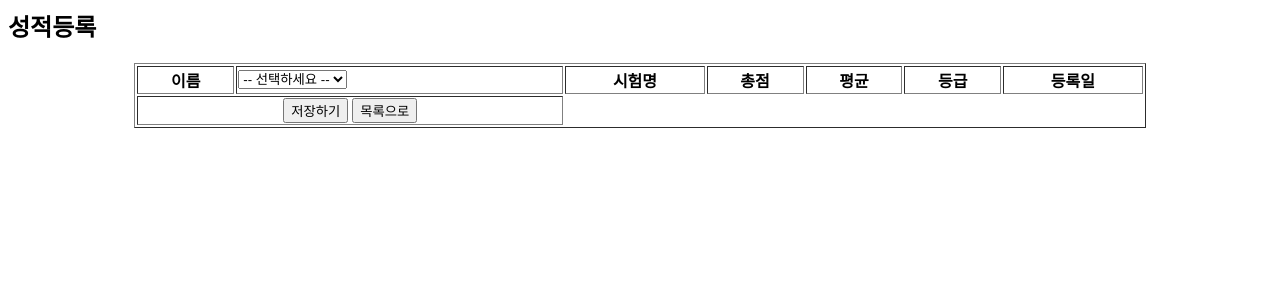
Repository: Mildous/HKIT-BackendClass
Page: http://localhost/jspTest/haksaSungjuk/delete_sub.jsp
These files come from the project's save history. The page is drawn as it stood at one moment and after the next save; the edit follows.
The browser window is 1280 px wide. The pictures show the whole page.
The page is served by Tomcat 9. Other server files are loaded and not shown. Queries for data that is not in the repository find no rows.

Above is the page before, as saved 2022-08-17 05:00:10.

### workspace/jsp/jspTest/WebContent/haksaSungjuk/delete_sub.jsp
<%@page import="haksaMember.model.dto.HaksaMemberDTO"%>
<%@page import="haksaMember.model.dao.HaksaMemberDAO"%>
<%@page import="haksaSungjuk.model.dto.HaksaSungjukDTO"%>
<%@page import="haksaSungjuk.model.dao.HaksaSungjukDAO"%>
<%@page import="java.util.ArrayList"%>
<%@ page language="java" contentType="text/html; charset=UTF-8"
    pageEncoding="UTF-8"%>

<h2>성적등록</h2>

<form name="DirForm">
<table border="1" width="80%" align="center">
	<tr>
		<th>이름</th>
		<td>
			<%
				HaksaMemberDAO memberDao = new HaksaMemberDAO();
				ArrayList<HaksaMemberDTO> mList = memberDao.getSelectAll();
			%>
			<select name="hakbun">
				<option value="" selected>-- 선택하세요 --</option>
				<%
					for(int i=0; i<mList.size(); i++) {
						HaksaMemberDTO dto = mList.get(i);

						String selectedValue = "";
						if(dto.getHakbun() == 0) {
							selectedValue = "selected";
						}
				%>
				<option value="<%= dto.getName() %>"><%= dto.getName() %></option>
				<%
					}
				%>
			</select>
		</td>
		<th>시험명</th>
		<th>총점</th>
		<th>평균</th>
		<th>등급</th>
		<th>등록일</th>
	</tr>
	<tr>
		<td colspan="2" align="center">
			<button type="button" onClick="formSubmit();">저장하기</button>
			<button type="button" onClick="location.href='list.jsp';">목록으로</button>
		</td>
	</tr>

</table>
</form>

<script>
function formSubmit() {
	if(confirm('저장할까요?')) {
		document.DirForm.action = "insertProc.jsp";
		document.DirForm.method = "post";
		document.DirForm.submit();
	}
}
</script>

### workspace/jsp/jspTest/src/haksaMember/model/dao/HaksaMemberDAO.java
package haksaMember.model.dao;

import java.sql.Connection;
import java.sql.PreparedStatement;
import java.sql.ResultSet;
import java.util.ArrayList;

import config.DB;
import haksaMember.model.dto.HaksaMemberDTO;

public class HaksaMemberDAO {

	Connection conn = null;
	PreparedStatement pstmt = null;
	ResultSet rs = null;
	String table_1 = "haksaMember";

	public ArrayList<HaksaMemberDTO> getSelectAll() {
		ArrayList<HaksaMemberDTO> list = new ArrayList<HaksaMemberDTO>();
		conn = DB.dbConn();
		try {
			String sql = "select * from " + table_1 + " order by hakbun desc";
			pstmt = conn.prepareStatement(sql);
			rs = pstmt.executeQuery();
			while(rs.next()) {
				HaksaMemberDTO resultDto = new HaksaMemberDTO();
				resultDto.setHakbun(rs.getInt("hakbun"));
				resultDto.setName(rs.getString("name"));
				resultDto.setPhone(rs.getString("phone"));
				resultDto.setParentPhone(rs.getString("parentPhone"));
				resultDto.setAddr1(rs.getString("addr1"));
				resultDto.setAddr2(rs.getString("addr2"));
				resultDto.setAddr3(rs.getString("addr3"));
				resultDto.setAddr4(rs.getString("addr4"));
				resultDto.setRegiDate(rs.getDate("regiDate"));
				list.add(resultDto);
			}
		} catch(Exception e) {
			//e.printStackTrace();
		} finally {
			DB.dbConnClose(rs, pstmt, conn);
		}
		return list;
	}

	public HaksaMemberDTO getSelectOne(HaksaMemberDTO paramDto) {
		HaksaMemberDTO resultDto = new HaksaMemberDTO();
		conn = DB.dbConn();
		try {
			String sql = "select * from " + table_1 + " where hakbun = ?";
			pstmt = conn.prepareStatement(sql);
			pstmt.setInt(1, paramDto.getHakbun());
			rs = pstmt.executeQuery();
			if(rs.next()) {
				resultDto.setHakbun(rs.getInt("hakbun"));
				resultDto.setName(rs.getString("name"));
				resultDto.setPhone(rs.getString("phone"));
				resultDto.setParentPhone(rs.getString("parentPhone"));
				resultDto.setAddr1(rs.getString("addr1"));
				resultDto.setAddr2(rs.getString("addr2"));
				resultDto.setAddr3(rs.getString("addr3"));
				resultDto.setAddr4(rs.getString("addr4"));
			}
		} catch(Exception e) {
			//e.printStackTrace();
		} finally {
			DB.dbConnClose(rs, pstmt, conn);
		}
		return resultDto;
	}

	public int setInsert(HaksaMemberDTO paramDto) {
		int result = 0;
		conn = DB.dbConn();
		try {
			String sql = "insert into " + table_1 + " values(seq_haksaMember.nextval, ?, ?, ?, ?, ?, ?, ?, sysdate)";
			pstmt = conn.prepareStatement(sql);
			pstmt.setString(1, paramDto.getName());
			pstmt.setString(2, paramDto.getPhone());
			pstmt.setString(3, paramDto.getParentPhone());
			pstmt.setString(4, paramDto.getAddr1());
			pstmt.setString(5, paramDto.getAddr2());
			pstmt.setString(6, paramDto.getAddr3());
			pstmt.setString(7, paramDto.getAddr4());
			result = pstmt.executeUpdate();
		} catch(Exception e) {
			//e.printStackTrace();
		} finally {
			DB.dbConnClose(rs, pstmt, conn);
		}
		return result;
	}

	public int setUpdate(HaksaMemberDTO paramDto) {
		int result = 0;
		conn = DB.dbConn();
		try {
			String sql = "update " + table_1 + " set phone = ?, parentPhone = ?, addr1 = ?, addr2 = ?, addr3 = ?, addr4 = ? where hakbun = ?";
			pstmt = conn.prepareStatement(sql);
			pstmt.setString(1, paramDto.getPhone());
			pstmt.setString(2, paramDto.getParentPhone());
			pstmt.setString(3, paramDto.getAddr1());
			pstmt.setString(4, paramDto.getAddr2());
			pstmt.setString(5, paramDto.getAddr3());
			pstmt.setString(6, paramDto.getAddr4());
			pstmt.setInt(7, paramDto.getHakbun());
			result = pstmt.executeUpdate();
		} catch(Exception e) {
			//e.printStackTrace();
		} finally {
			DB.dbConnClose(rs, pstmt, conn);
		}
		return result;
	}

	public int setDelete(HaksaMemberDTO paramDto) {
		int result = 0;
		conn = DB.dbConn();
		try {
			String sql = "delete from " + table_1 + " where hakbun = ?";
			pstmt = conn.prepareStatement(sql);
			pstmt.setInt(1, paramDto.getHakbun());
			result = pstmt.executeUpdate();
		} catch(Exception e) {
			//e.printStackTrace();
		} finally {
			DB.dbConnClose(rs, pstmt, conn);
		}
		return result;
	}
}

### workspace/jsp/jspTest/src/config/DB.java
package config;

import java.sql.Connection;
import java.sql.DriverManager;
import java.sql.PreparedStatement;
import java.sql.ResultSet;

public class DB {
	public static Connection dbConn() {
		String dbDriver = "oracle.jdbc.driver.OracleDriver";
		String dbUrl = "jdbc:oracle:thin:@localhost:1521/xe";
		String dbId = "jspTest";
		String dbPasswd = "1234";

		Connection conn = null;

		try {
			Class.forName(dbDriver);
		} catch(Exception e) {
			//e.printStackTrace();
			System.out.println("-- 오라클 드라이버 오류 --");
		}

		try {
			conn = DriverManager.getConnection(dbUrl, dbId, dbPasswd);
		} catch(Exception e) {
			//e.printStackTrace();
			System.out.println("-- 오라클 접속 오류 --");
		}
		return conn;
	}

	public static void dbConnClose(ResultSet rs, PreparedStatement pstmt, Connection conn) {

		try {
			if(rs != null) { rs.close(); }
		} catch(Exception e) {
			//e.printStackTrace();
		}

		try {
			if(pstmt != null) { pstmt.close(); }
		} catch(Exception e) {
			//e.printStackTrace();
		}

		try {
			if(conn != null) { conn.close(); }
		} catch(Exception e) {
			//e.printStackTrace();
		}
	}
}

After the next save:
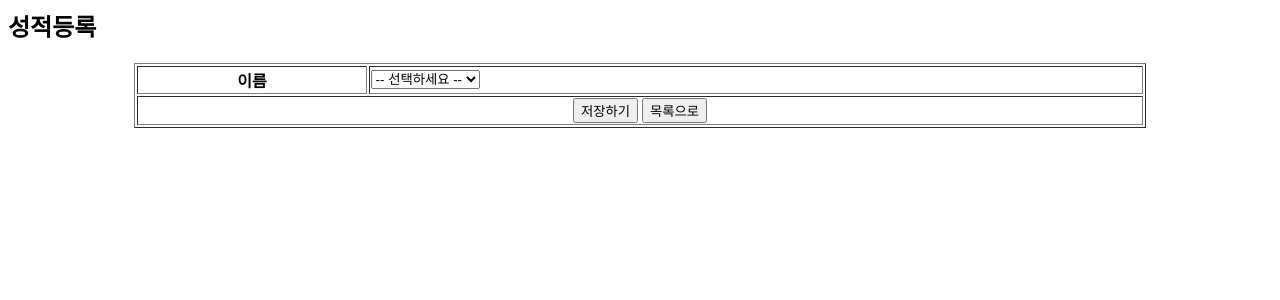
Saved 20 s later.
--- a/workspace/jsp/jspTest/WebContent/haksaSungjuk/delete_sub.jsp
+++ b/workspace/jsp/jspTest/WebContent/haksaSungjuk/delete_sub.jsp
@@ -34,11 +34,6 @@
 				%>
 			</select>
 		</td>
-		<th>시험명</th>
-		<th>총점</th>
-		<th>평균</th>
-		<th>등급</th>
-		<th>등록일</th>
 	</tr>
 	<tr>
 		<td colspan="2" align="center">
